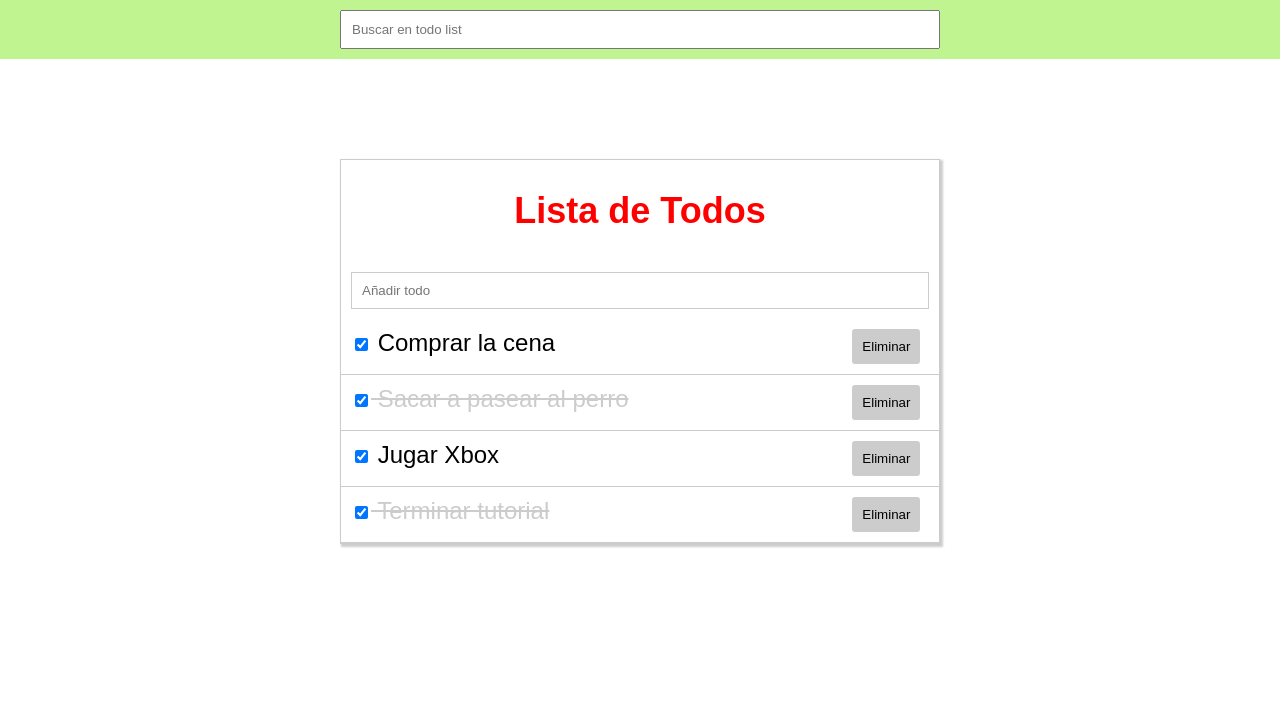
Repository: MauriVaz/Primer-app-con-Vue
Page: /
These files come from the project's save history. The page is drawn as it stood at one moment and after the next save; the edit follows.
The browser window is 1280 px wide. The pictures show the whole page.
The project was rebuilt for these pictures with package versions that can differ from the ones it lists, and the page was loaded fresh each time. Also part of the build but not shown: vue.config.js.

Above is the page before, as saved 2023-02-02 22:06:27.

After the next save:
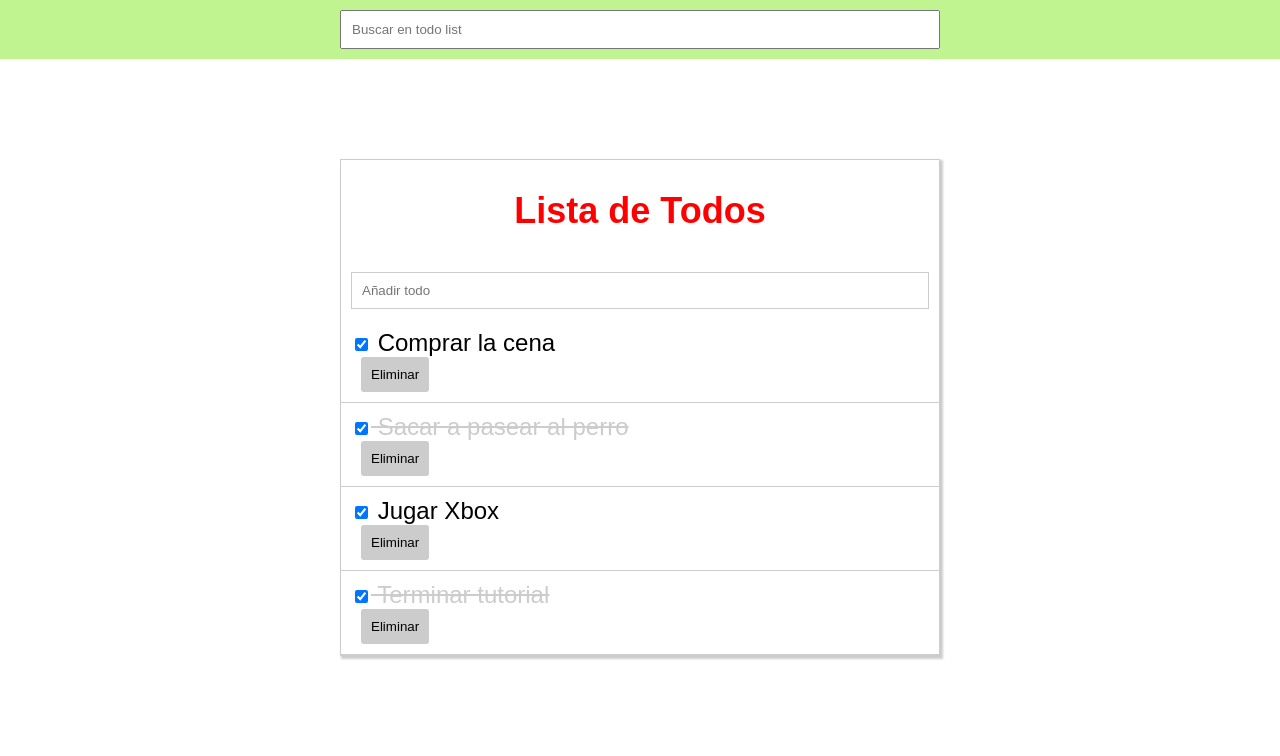
Saved 39 s later.
--- a/src/components/TodoItem.vue
+++ b/src/components/TodoItem.vue
@@ -54,7 +54,7 @@
     }
     .todo-actions{
         padding: 0 10px;
-        width: 10%;
+        width: 70%;
     }
 
     button{

After the save that followed:
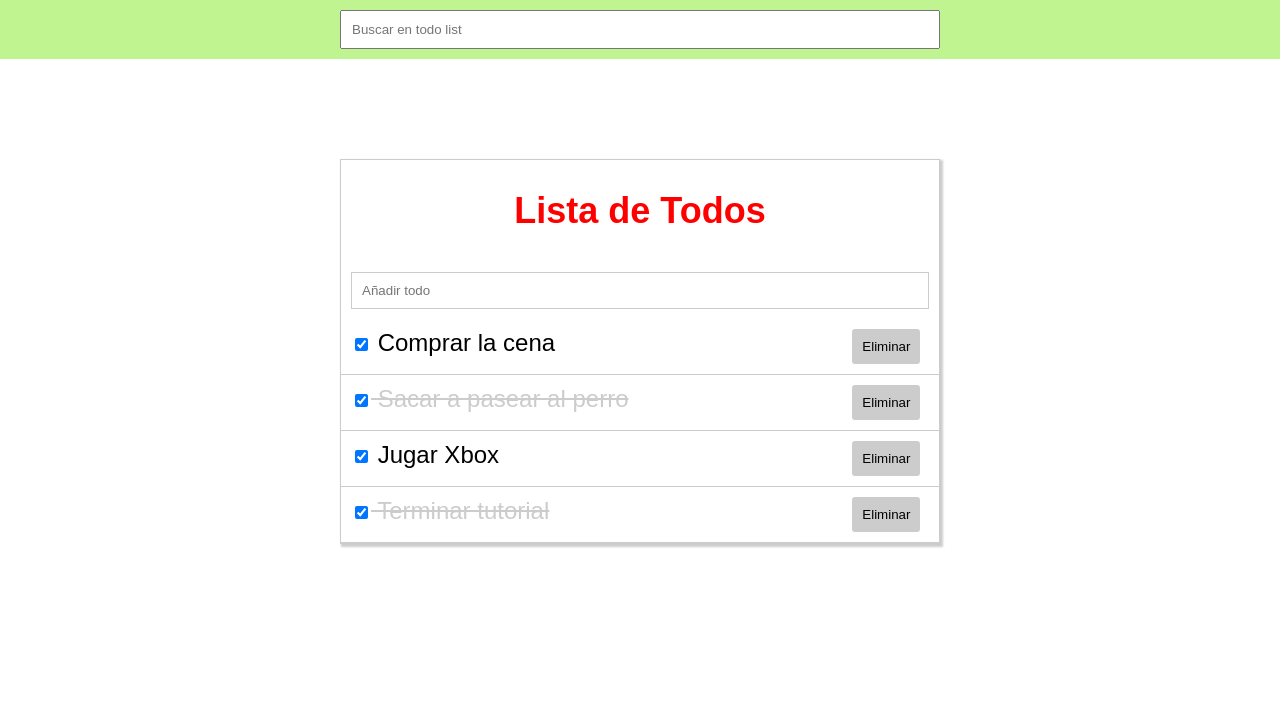
Saved 5 s later.
--- a/src/components/TodoItem.vue
+++ b/src/components/TodoItem.vue
@@ -54,7 +54,7 @@
     }
     .todo-actions{
         padding: 0 10px;
-        width: 70%;
+        width: 10%;
     }
 
     button{
